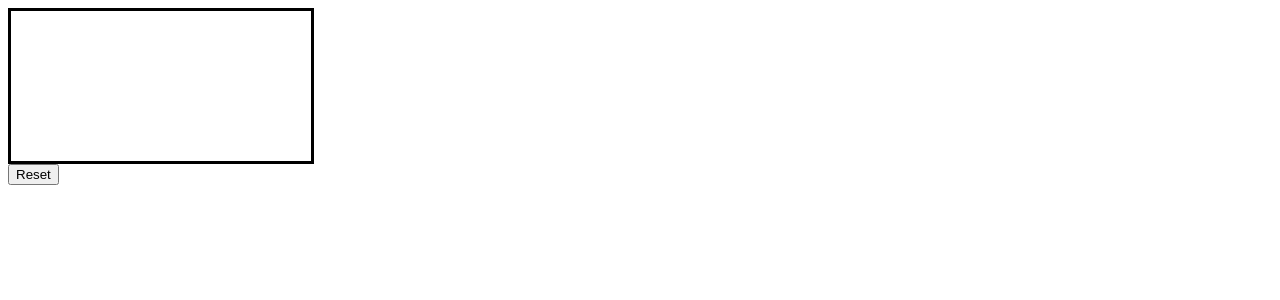
Repository: zacheys123/ping-pong
Page: index.html
These files come from the project's save history. The page is drawn as it stood at one moment and after the next save; the edit follows.
The browser window is 1280 px wide. The pictures show the whole page.

Above is the page before, as saved 2023-06-30 14:56:20.

After the next save:
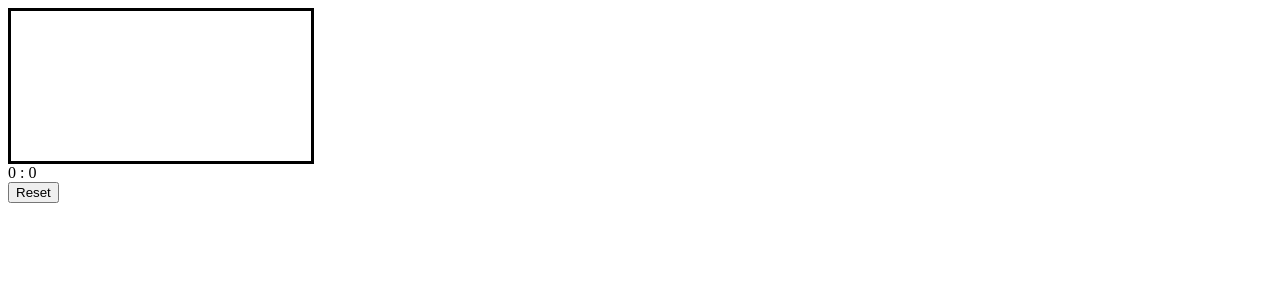
Saved 28 s later.
--- a/index.html
+++ b/index.html
@@ -12,7 +12,7 @@
 	<body>
 		<div>
 			<canvas id="gameboard"></canvas>
-			<div id="scoretext"></div>
+			<div id="scoretext">0 : 0</div>
 			<button id="reset">Reset</button>
 		</div>
 
